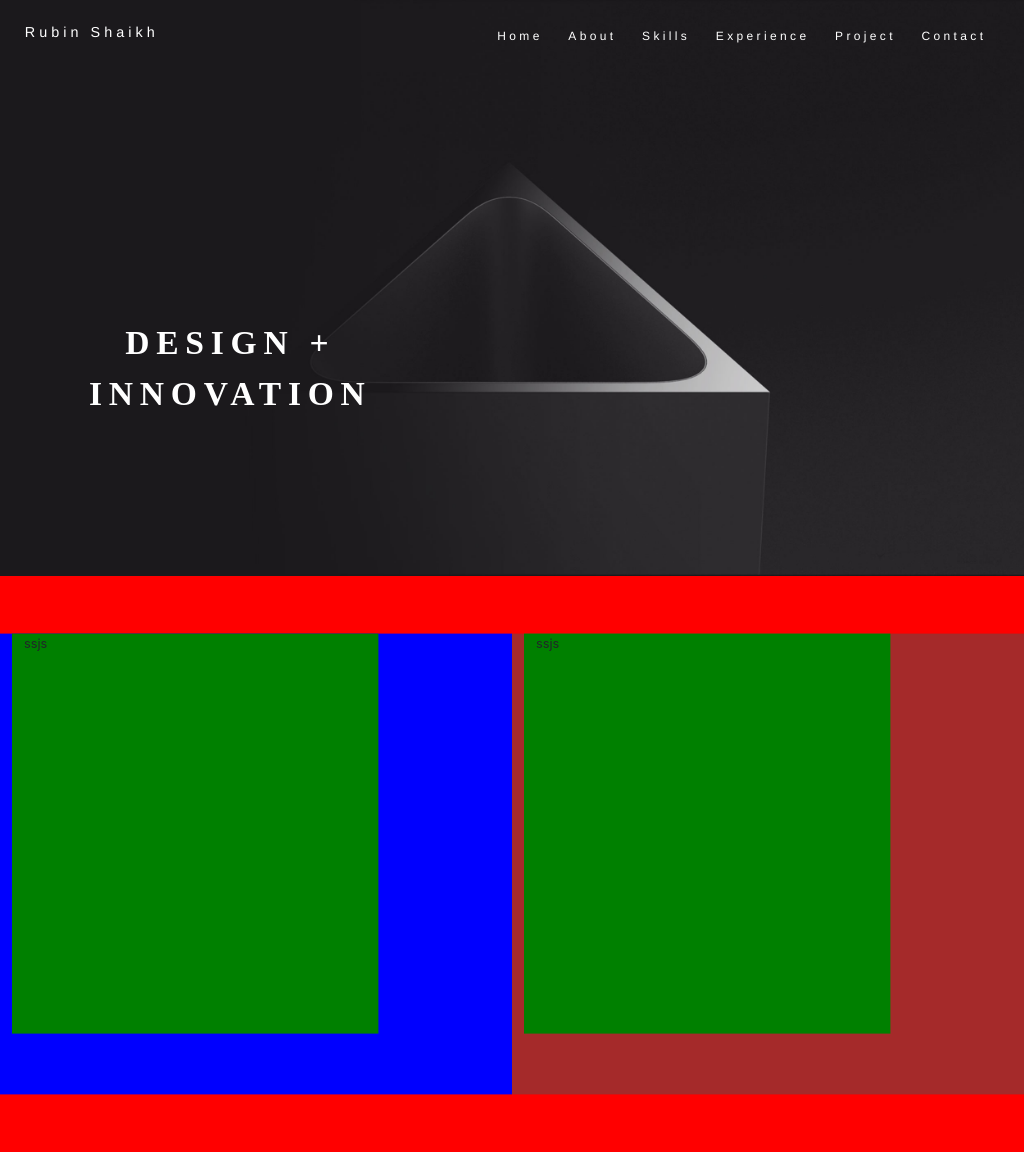
Repository: Rubin78/My-Portfolio
Page: /second
An editor plug-in stored every save of this project. The page is shown before and after the next save, followed by the edit.
The browser window is 1280 px wide. The pictures show the whole page, at 80% of full size.
The project was rebuilt for these pictures with package versions that can differ from the ones it lists, and the page was loaded fresh each time. Also part of the build but not shown: src/components/First/First.module.css, src/components/First/First.js, src/components/Third.js.

Above is the page before, as saved 2020-07-21 19:42:45.

### src/App.js
import React from 'react';

// import './App.css';

import { BrowserRouter as Router, Switch, Route } from "react-router-dom";
import First from './components/First/First';
import Second from './components/Second';
import Third from './components/Third';
function App() {
  return (
    <Router>
        <div className="App">

          <Switch>
            <Route exact path="/" component={First} />
            <Route exact path="/second" component={Second} />
            <Route exact path="/third" component={Third} />



            <Route render={() => <h2>404 Page Not Found</h2>} />
          </Switch>
        </div>
      </Router>
  );
}

export default App;

### src/components/Second.js
// import React, { Component } from 'react';
// import { Link } from "react-router-dom";
// class Second extends Component {
//     render() {
//         console.log(this.props);
//         return (




//             <div>
//                 <Link to="/third" >Go to the third page</Link>

//         <div>{this.props.location.state}</div>
//             </div>
//         );
//     }
// }

// export default Second;








import React, { useState } from 'react';
import {
  Collapse,
  Navbar,
  NavbarToggler,
  NavbarBrand,
  Nav,
  NavItem,
  NavLink,
  UncontrolledDropdown,
  DropdownToggle,
  DropdownMenu,
  DropdownItem,
  NavbarText
} from 'reactstrap';
import { Container, Row, Col} from 'reactstrap';
import styles  from '../components/Second.css'
import hero1 from '../assests/hero1.jpg';
import { Hidden } from '@material-ui/core';


const Example = (props) => {
  const [isOpen, setIsOpen] = useState(false);

  const toggle = () => setIsOpen(!isOpen);

  return (
<div>
    <Container fluid  className="containerBody2" style={{  backgroundImage:`url(${hero1})`,backgroundColor:'red'}} >
    <div style={{backgroundColor:'transparent',height:90,display:'flex'}}>


      <Navbar color="red" light expand="md"  style={{display:'flex',flex:1,position:'sticky'}} >
        <NavbarBrand href="/"><h4  className="textheader1" >Rubin Shaikh</h4></NavbarBrand>
        <NavbarToggler onClick={toggle} style={{color:'white',backgroundColor:'#F5F5F5'}} />
        <Collapse isOpen={isOpen} navbar >
          <Nav className="mr-auto" navbar>



         </Nav>

         <NavLink  href="/components/"  className="textheader" >Home</NavLink>
         <NavLink href="/components/" className="textheader">About</NavLink>
          <NavLink href="/components/" className="textheader">Skills</NavLink>
          <NavLink href="/components/" className="textheader">Experience</NavLink>
          <NavLink href="/components/" className="textheader">Project</NavLink>
          <NavLink href="/components/" className="textheader">Contact</NavLink>
        </Collapse>
      </Navbar>
    </div>


<Col sm="5"  style={{ display:'flex',flex:1,
alignItems:'space-between',justifyContent:'center',paddingLeft:40,}}>
<div style={{display:'flex',height:450,flexDirection:'column',justifyContent:'flex-end',alignItems:'flex-start',marginBottom:20,}} >

    <div style={{color:'white',fontSize:42,textAlign:'center',fontFamily:"Patua One",fontWeight:"bolder",letterSpacing:'.20em'}} >
    {/* <div style={{color:'#ffffff',fontSize:15,textAlign:"left",letterSpacing:'.1em',paddingLeft:60}}>HELLO,</div> */}

      DESIGN +
   <p style={{paddingBottom:-15}}>INNOVATION</p></div>
    {/* <button onClick={this.submitHandler} >go to second page</button> */}
    </div>
</Col>
    </Container>


<Container fluid  className="container2">
<Row >
        <Col md="6" sm="6" className="container2column" style={{backgroundColor:"blue"}} >

          <Col sm="9" classID="container2insider" style={{backgroundColor:'green',height:500}}>
            ssjs
            </Col>
        </Col>
        <Col md="6" sm="6" className="container2column"  style={{backgroundColor:"brown "}}>


        <Col sm="9" classID="container2insider" style={{backgroundColor:'green',height:500}}>
            ssjs
            </Col>
        </Col>



      </Row>
</Container>

    </div>
  );
}

export default Example;

### src/components/Second.css

.containerBody2{



    background-position: center;
    background-size: cover;
    background-repeat: 'no-repeat';
    height: 100vh;
    width: calc(100vw -12px);
    overflow: hidden;
    position: relative;
background-color: black;

}


.container2{

    height: 100vh;
    width: calc(100vw -12px);
    overflow: hidden;
    background-color: red;

position: relative;

align-items: center;
display: flex;
}


.textheader{


  color: white;
  font-size: 15px;
font-family: "Gotham-Medium","Helvetica Neue","sans-serif";
letter-spacing: .28em;
}



.textheader1{


    color: white;
    font-size: 18px;
  font-family: "Gotham-Medium","Helvetica Neue","sans-serif";
  letter-spacing: .28em;
  }




.textcolor{
font-size: 45px;
margin-bottom: 20px;
letter-spacing: -1px;
font-family: "Gotham-Bold","Helvetica Neue",sans-serif;


background-color: red;


}


.container2row{

display: flex;
flex: 1;

justify-content: center;
align-items: center;
height: 100vh;
background-color: blue;

}


.container2column{

    height: 80vh;
    width: 100vw;
    background-color: green;
}

Loaded but not shown: public/index.html (common file); src/index.js (common file); src/index.css (common file); src/serviceWorker.js (common file)

After the next save:
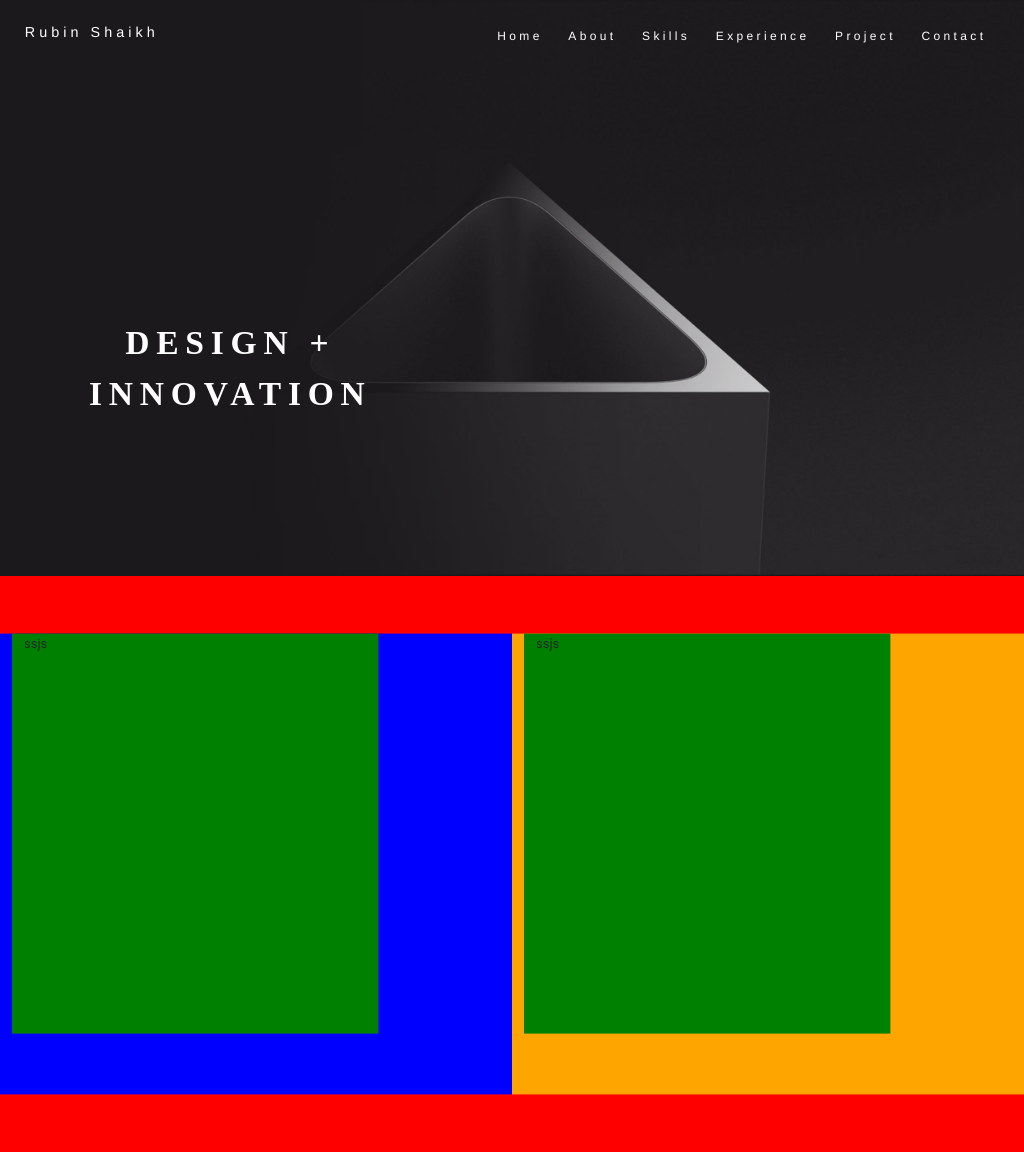
Saved 10 s later.
--- a/src/components/Second.js
+++ b/src/components/Second.js
@@ -102,7 +102,7 @@
             ssjs
             </Col>
         </Col>
-        <Col md="6" sm="6" className="container2column"  style={{backgroundColor:"brown "}}>
+        <Col md="6" sm="6" className="container2column"  style={{backgroundColor:"orange  "}}>
 
 
         <Col sm="9" classID="container2insider" style={{backgroundColor:'green',height:500}}>
